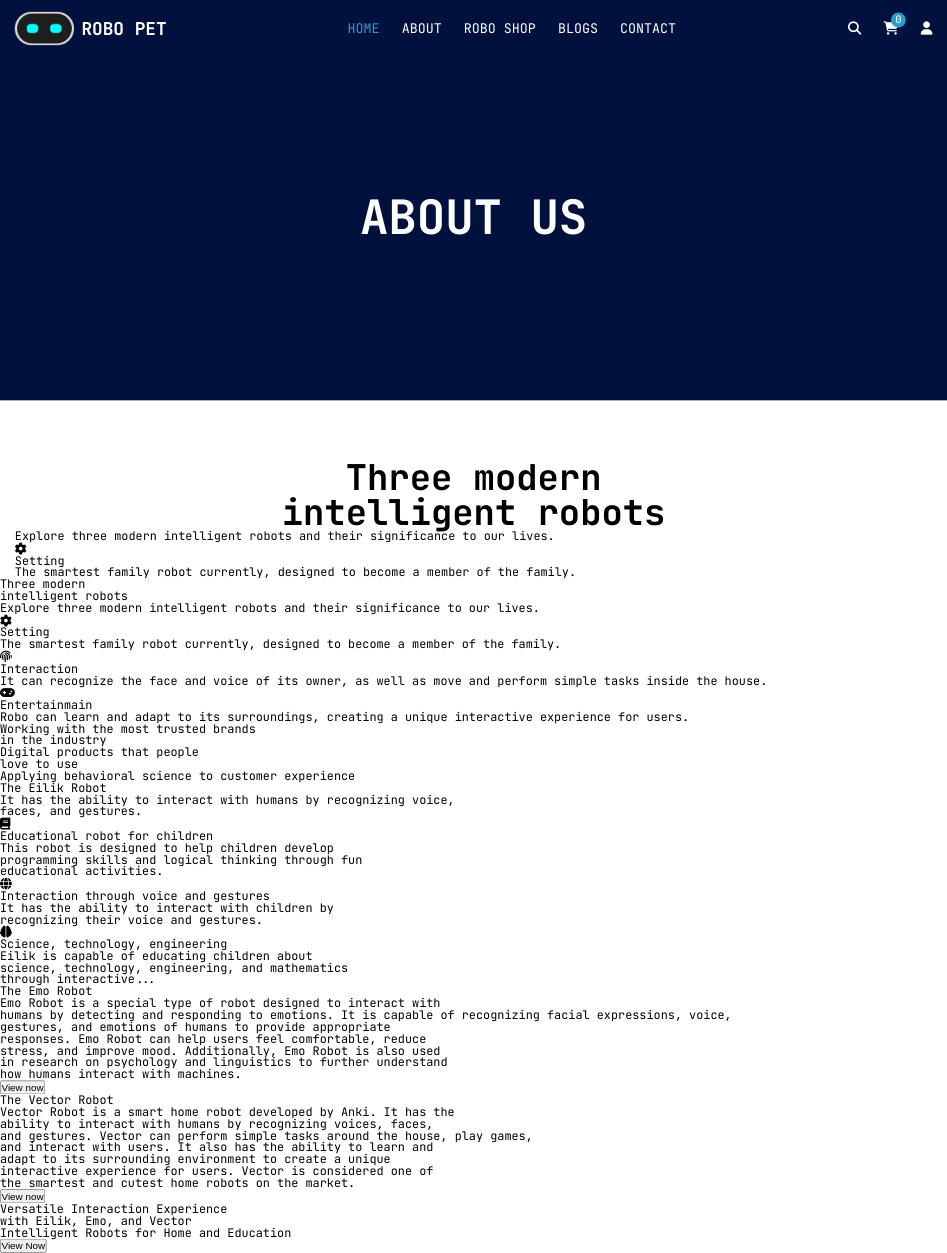
Repository: trietle101/du-an-1
Page: http://localhost/about.html
An editor plug-in stored every save of this project. The page is shown before and after the next save, followed by the edit.
The browser window is 1280 px wide. The pictures show the whole page, at 74% of full size.
Some web libraries are served in a nearby version. The page is run by PHP 8.4 with error messages shown; the project is at /var/www/html/.

Above is the page before, as saved 2023-03-12 22:14:26.

After the next save:
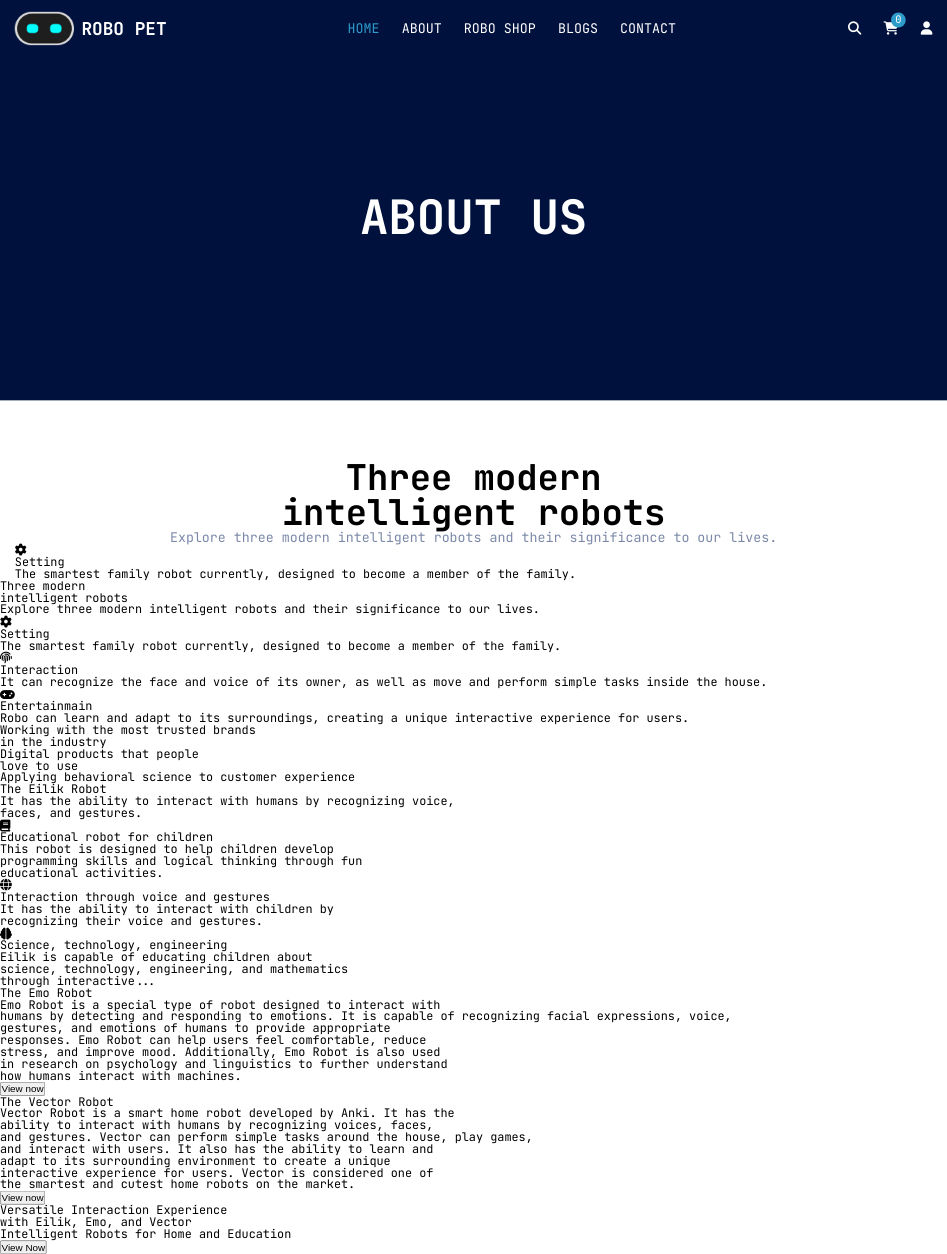
Saved 4 min 20 s later.
--- a/assets/css/about.css
+++ b/assets/css/about.css
@@ -130,3 +130,9 @@
   font-size: 48px;
   text-align: center;
 }
+.modern-desc {
+  font-weight: 400;
+  font-size: 18px;
+  color: #7b88a8;
+  text-align: center;
+}
